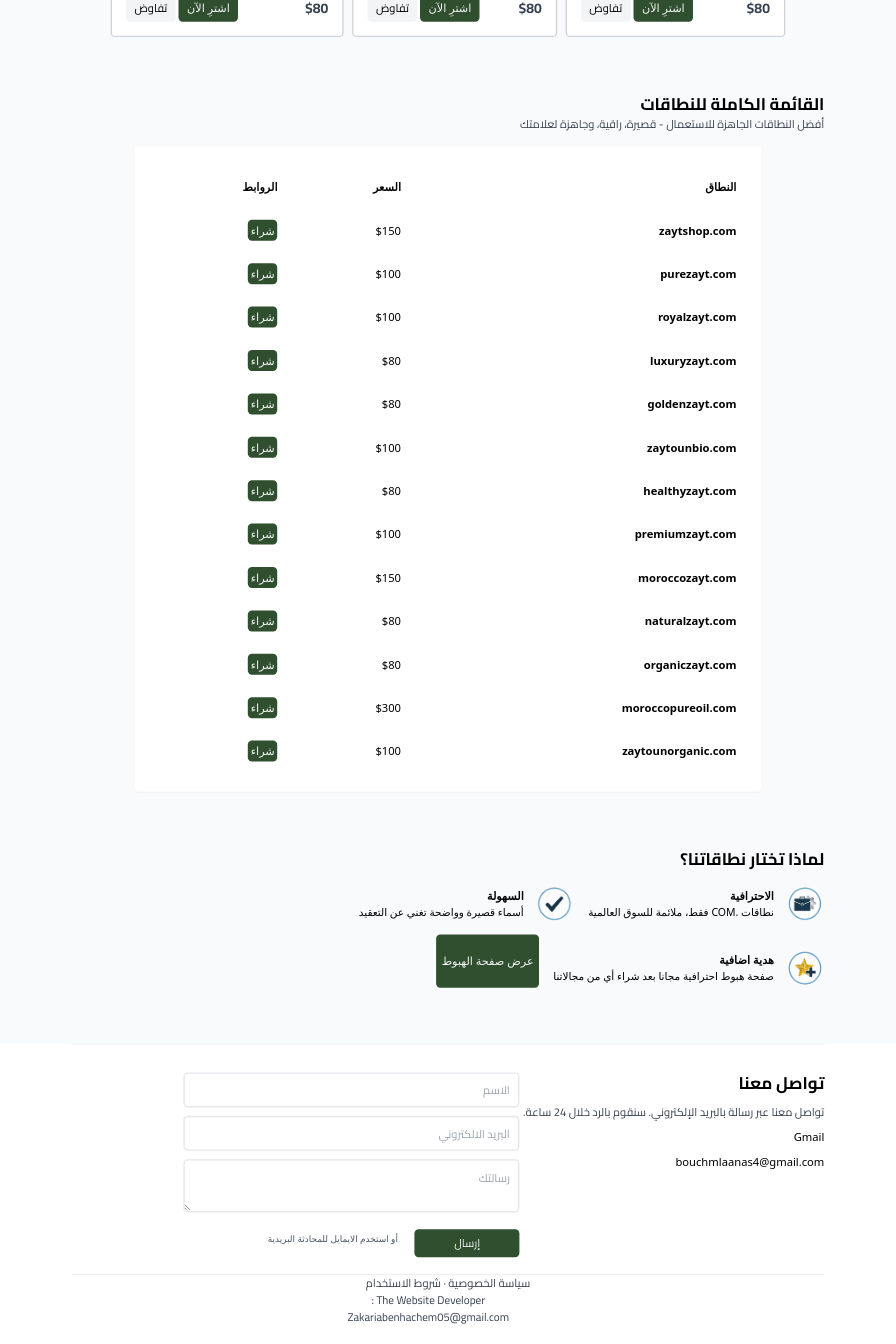
Repository: zakaria-bn05/Olive-oil-domaine-names-english-version
Page: index.html
The author's editor kept a copy of each file at every save. The page is drawn from the files as they stood at one save, then again after the next save.
The browser window is 1280 px wide. The pictures show the part of the page from y = 780 to 2700 px (the page is 2700 px tall), at 70% of full size.
Some web libraries are served in a nearby version.

Above is the page before, as saved 2025-11-19 01:32:55.

After the next save:
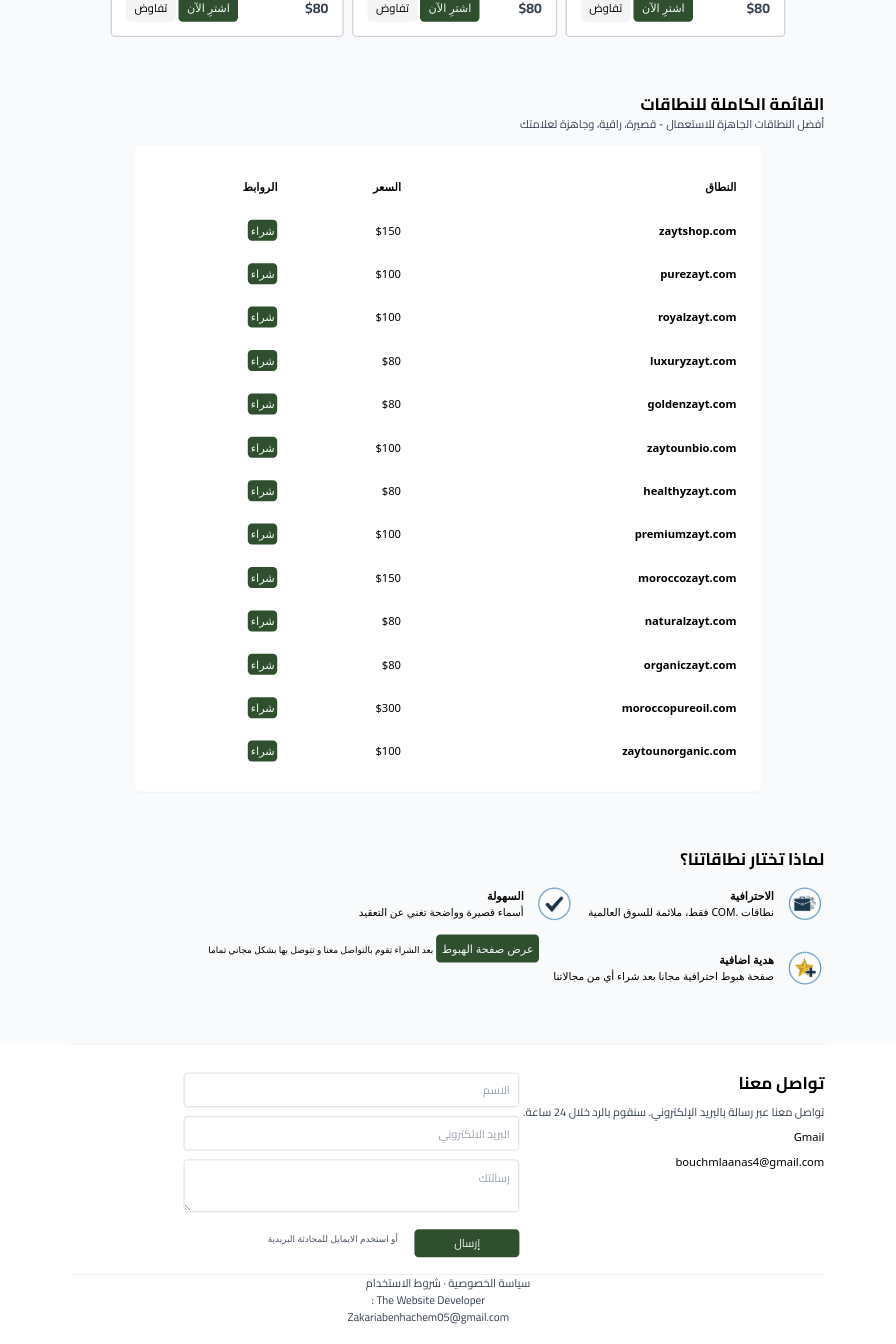
Saved 2 min 0 s later.
--- a/index.html
+++ b/index.html
@@ -310,7 +310,11 @@
                         <p class="text-[15px]"> صفحة هبوط احترافية مجانا بعد شراء أي من مجالاتنا </p>
                     </div>
                 </div>
-                <button class="bg-olive-btn p-2 text-gray-100 rounded-md">عرض صفحة الهبوط</button>
+                <div>
+                    <button class="bg-olive-btn p-2 text-gray-100 rounded-md">عرض صفحة الهبوط</button>
+                    <small>بعد الشراء تقوم بالتواصل معنا و تتوصل بها بشكل مجاني تماما</small>
+                </div>
+
             </div>
 
         </article>
